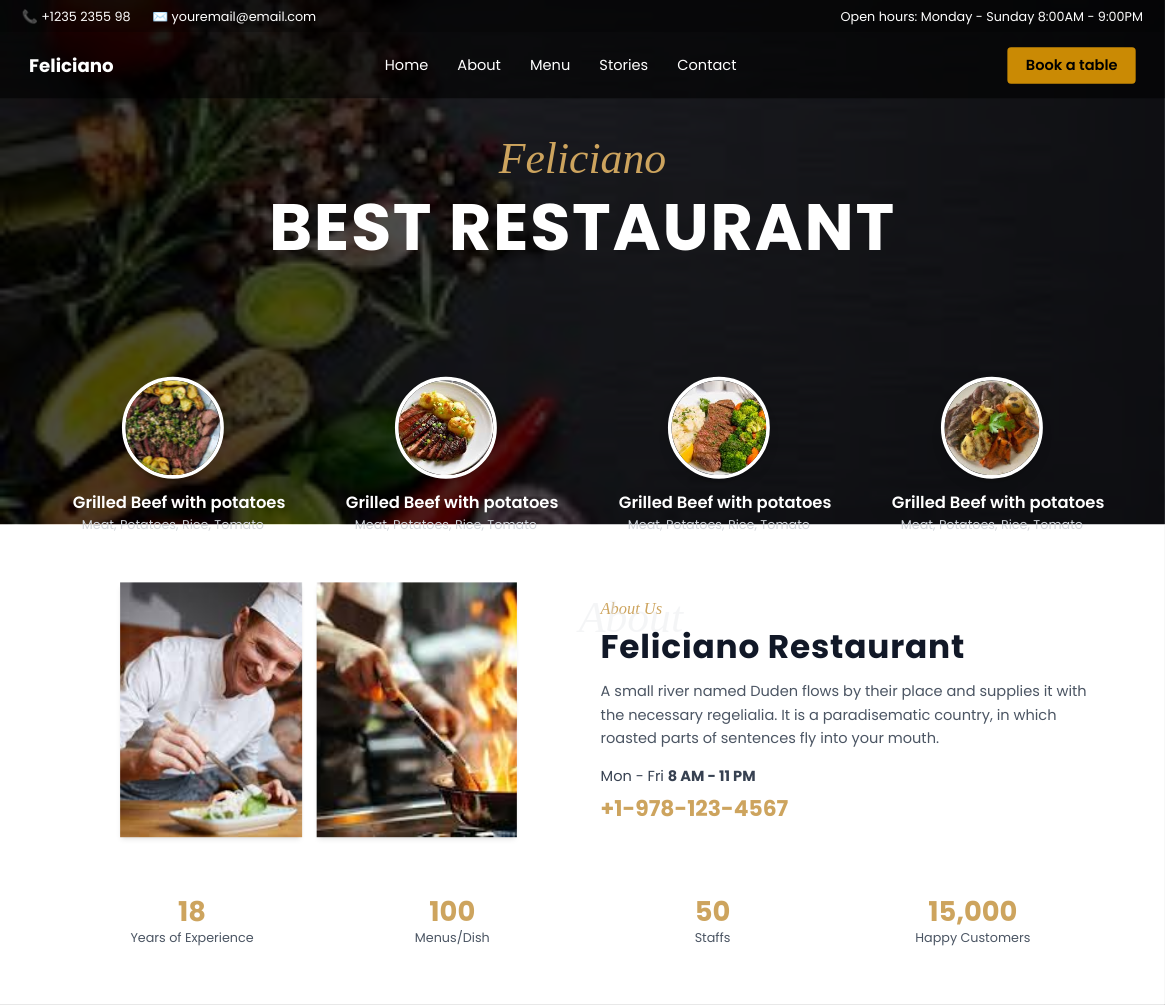
Repository: Purniagithub/Benttacproject
Page: /
These files come from the project's save history. The page is drawn as it stood at one moment and after the next save; the edit follows.
The browser window is 1280 px wide. The pictures show the whole page, at 91% of full size.
Some web fonts or font styles are not loaded; a fallback is used. The project was rebuilt for these pictures with package versions that can differ from the ones it lists, and the page was loaded fresh each time. Also part of the build but not shown: vite.config.js.

Above is the page before, as saved 2025-08-21 16:41:47.

### index.html
<!doctype html>
<html lang="en">
  <head>
    <meta charset="UTF-8" />
    <link rel="icon" type="image/svg+xml" href="/vite.svg" />
    <link href="https://fonts.googleapis.com/css2?family=Playfair+Display:ital,wght@1,500&family=Poppins:wght@400;600;700&display=swap" rel="stylesheet">

    <meta name="viewport" content="width=device-width, initial-scale=1.0" />
    <title>Vite + React</title>
  </head>
  <body>
    <div id="root"></div>
    <script type="module" src="/src/main.jsx"></script>
  </body>
</html>

### src/App.jsx
import React from "react";
import Navbar from "./components/Navbar";
import Hero from "./components/Hero";

function App() {
  return (
    <div className="font-poppins">
      <Navbar />
      <Hero />
    </div>
  );
}

export default App;

### src/components/Navbar.jsx
import React from "react";

const Navbar = () => {
  return (
    <header className="absolute top-0 left-0 w-full z-50">
      {/* Top bar */}
      <div className="flex justify-between items-center bg-black bg-opacity-70 text-white text-sm px-6 py-2">
        <div className="flex space-x-6">
          <span>📞 +1235 2355 98</span>
          <span>✉️ youremail@email.com</span>
        </div>
        <span>Open hours: Monday - Sunday 8:00AM - 9:00PM</span>
      </div>

      {/* Main Navbar */}
      <nav className="flex justify-between items-center bg-black bg-opacity-60 text-white px-8 py-4">
        <h1 className="text-xl font-bold">Feliciano</h1>
        <ul className="flex space-x-8 font-medium">
          <li><a href="#" className="hover:text-yellow-400">Home</a></li>
          <li><a href="#" className="hover:text-yellow-400">About</a></li>
          <li><a href="#" className="hover:text-yellow-400">Menu</a></li>
          <li><a href="#" className="hover:text-yellow-400">Stories</a></li>
          <li><a href="#" className="hover:text-yellow-400">Contact</a></li>
        </ul>
        <button className="bg-yellow-600 hover:bg-yellow-700 px-5 py-2 rounded text-black font-semibold">
          Book a table
        </button>
      </nav>
    </header>
  );
};

export default Navbar;

### src/components/Hero.jsx
import React from "react";
import AboutSection from "../components/AboutSection";

const dishes = [
  { id: 1, name: "Grilled Beef with potatoes", desc: "Meat, Potatoes, Rice, Tomato", img: "/dish-1.jpeg" },
  { id: 2, name: "Grilled Beef with potatoes", desc: "Meat, Potatoes, Rice, Tomato", img: "/dish-2.jpeg" },
  { id: 3, name: "Grilled Beef with potatoes", desc: "Meat, Potatoes, Rice, Tomato", img: "/dish-3.jpeg" },
  { id: 4, name: "Grilled Beef with potatoes", desc: "Meat, Potatoes, Rice, Tomato", img: "/dish-4.jpeg" },
];

const Hero = () => {
  return (
    <>
    <section
      className="relative h-[80vh] bg-cover bg-center flex flex-col justify-center items-center text-white px-4"
      style={{ backgroundImage: "url('/img-4.jpeg')" }}
    >
      {/* Dark overlay */}
      <div className="absolute inset-0 bg-black/70"></div>

      {/* Headings */}
      <div className="relative z-10 text-center mt-20 md:mt-32 lg:mt-40">
        <h2 className="text-3xl md:text-4xl lg:text-5xl font-serif italic text-[#CDA45E]">
          Feliciano
        </h2>
        <h1 className="text-4xl md:text-5xl lg:text-7xl font-extrabold tracking-wide mt-3 md:mt-4 uppercase">
          Best Restaurant
        </h1>
      </div>

      {/* Dish Cards */}
      <div className="relative z-10 grid grid-cols-1 sm:grid-cols-2 md:grid-cols-4 gap-10 md:gap-16 lg:gap-20 mt-16 md:mt-24 lg:mt-32">
        {dishes.map((dish) => (
          <div key={dish.id} className="text-center max-w-[220px] mx-auto">
            <img
              src={dish.img}
              alt={dish.name}
              className="w-24 h-24 md:w-28 md:h-28 object-cover rounded-full mx-auto border-4 border-white shadow-lg"
            />
            <h3 className="mt-3 font-semibold text-base md:text-lg whitespace-nowrap">
              {dish.name}
            </h3>
            <p className="text-xs md:text-sm text-gray-300">{dish.desc}</p>
          </div>
        ))}
      </div>
    </section>
     {/* Other sections */}
     <AboutSection />
</>
  );
};

export default Hero;

### src/components/AboutSection.jsx
// src/components/AboutSection.jsx
import React from "react";

export default function AboutSection() {
  return (
    <section className="w-full bg-white py-16 px-6 lg:px-20">
      <div className="max-w-7xl mx-auto">
        {/* Top Grid (Images + Content) */}
        <div className="grid grid-cols-1 lg:grid-cols-2 gap-10 items-center">
          {/* Left Images */}
          <div className="flex justify-center items-center gap-4">
            <img
              src="/chef-1.jpeg"
              alt="Chef serving"
              className=" shadow-md object-cover h-[280px] w-[200px]"
            />
            <img
              src="/chef-3.jpeg"
              alt="Cooking food"
              className="shadow-md object-cover h-[280px] w-[220px]"
            />
          </div>

          {/* Right Content */}
          <div>
            <h3 className="text-lg font-serif italic text-[#CDA45E] relative mb-2">
              <span className="absolute -left-6 top-0 text-5xl text-gray-200 opacity-40">
                About
              </span>
              About Us
            </h3>
            <h2 className="text-4xl font-bold text-gray-900 mb-4 tracking-wide">
              Feliciano Restaurant
            </h2>
            <p className="text-gray-600 mb-4 leading-relaxed">
              A small river named Duden flows by their place and supplies it
              with the necessary regelialia. It is a paradisematic country, in
              which roasted parts of sentences fly into your mouth.
            </p>

            <p className="text-gray-700 mb-2">
              Mon - Fri <span className="font-bold">8 AM - 11 PM</span>
            </p>
            <p className="text-2xl font-bold text-[#CDA45E]">
              +1-978-123-4567
            </p>
          </div>
        </div>

        {/* Stats Section (moved outside grid so it stays below both columns) */}
        <div className="grid grid-cols-2 sm:grid-cols-4 gap-6 mt-16">
          <div className="text-center">
            <h4 className="text-3xl font-bold text-[#CDA45E]">18</h4>
            <p className="text-sm text-gray-600">Years of Experience</p>
          </div>
          <div className="text-center">
            <h4 className="text-3xl font-bold text-[#CDA45E]">100</h4>
            <p className="text-sm text-gray-600">Menus/Dish</p>
          </div>
          <div className="text-center">
            <h4 className="text-3xl font-bold text-[#CDA45E]">50</h4>
            <p className="text-sm text-gray-600">Staffs</p>
          </div>
          <div className="text-center">
            <h4 className="text-3xl font-bold text-[#CDA45E]">15,000</h4>
            <p className="text-sm text-gray-600">Happy Customers</p>
          </div>
        </div>
      </div>
    </section>
  );
}

### tailwind.config.js
/** @type {import('tailwindcss').Config} */
export default {
  content: ["./index.html",
    "./src/**/*.{js,ts,jsx,tsx}",],
  theme: {
    extend: {fontFamily: {
      sans: ['Poppins', 'sans-serif'],
      serif: ['Playfair Display', 'serif'],
    },
    colors: {
      gold: "#CDA45E",
    },},
  },
  plugins: [],
}

Loaded but not shown: src/main.jsx (common file); src/index.css (common file)

After the next save:
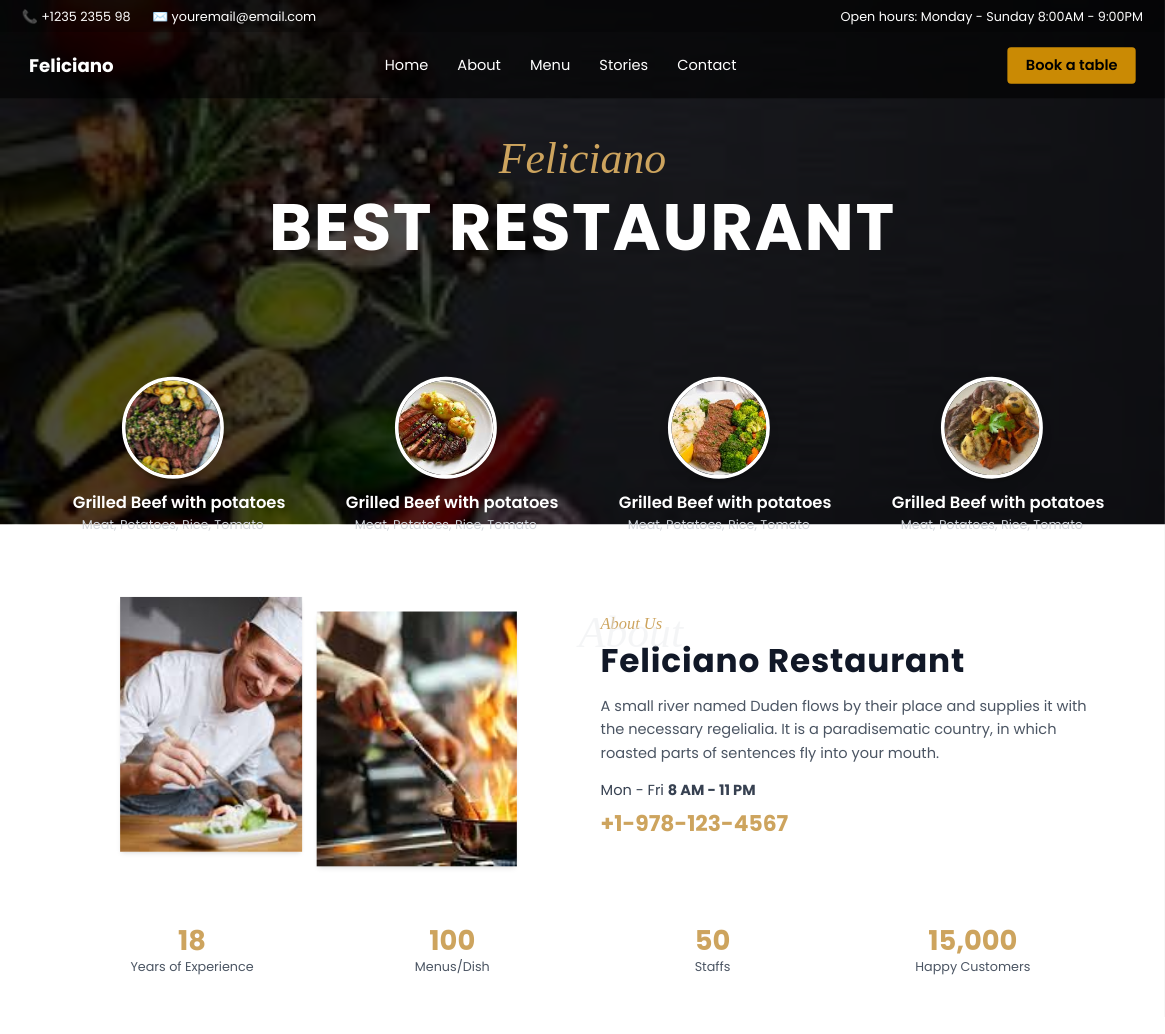
Saved 13 s later.
--- a/src/components/AboutSection.jsx
+++ b/src/components/AboutSection.jsx
@@ -17,7 +17,7 @@ export default function AboutSection() {
             <img
               src="/chef-3.jpeg"
               alt="Cooking food"
-              className="shadow-md object-cover h-[280px] w-[220px]"
+              className="shadow-md object-cover h-[280px] w-[220px] mt-8"
             />
           </div>
 
